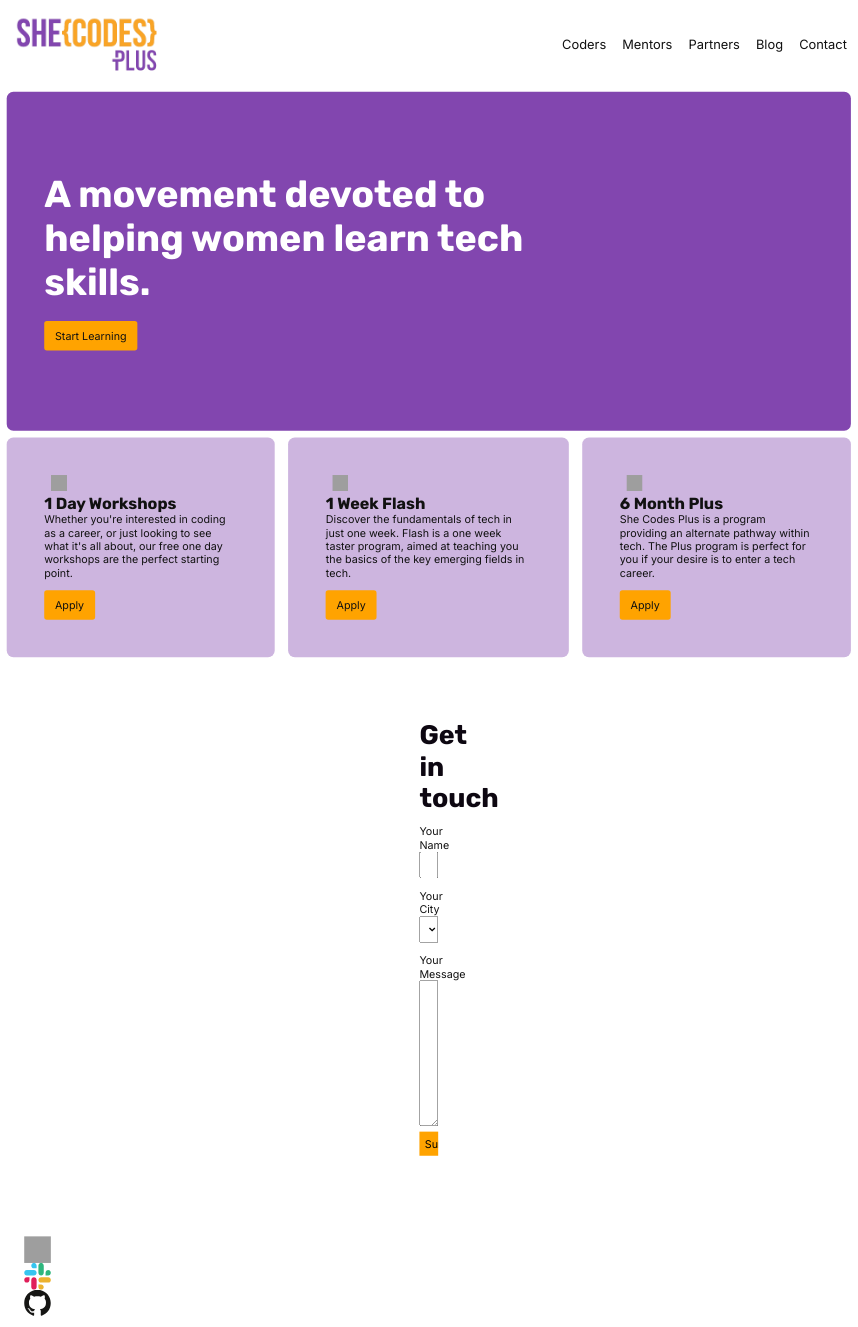
Repository: devashrisamani/website_shecodes_week1
Page: index.html
These files come from the project's save history. The page is drawn as it stood at one moment and after the next save; the edit follows.
The browser window is 1280 px wide. The pictures show the whole page, at 67% of full size.
Pictures or frames that could not be fetched are drawn as grey boxes.

Above is the page before, as saved 2025-09-20 12:08:14.

### index.html
<!DOCTYPE html>
<html lang="en">
  <head>
    <meta charset="UTF-8" />
    <meta name="viewport" content="width=device-width, initial-scale=1.0" />
    <title>Document</title>
    <link rel="stylesheet" href="style.css" />
  </head>

  <body>
    <header>
      <div class="mobile-header">
        <img src="./img/logo.png" alt="The She Codes Logo" class="logo" />
        <button type="button" class="hamburger-button">
          <img
            class="hamburger-icon"
            src="./img/hamburger.svg"
            alt="Three horizontal lines, positioned one above the other."
          />
        </button>
      </div>
      <nav class="desktop-nav" aria-label="Primary">
        <ul>
          <li>
            <a href="">Coders</a>
          </li>
          <li>
            <a href="">Mentors</a>
          </li>
          <li>
            <a href="">Partners</a>
          </li>
          <li>
            <a href="">Blog</a>
          </li>
          <li>
            <a href="">Contact</a>
          </li>
        </ul>
      </nav>
      <nav class="mobile-nav display-none" aria-label="Primary">
        <ul>
          <li>
            <a href="">Coders</a>
          </li>
          <li>
            <a href="">Mentors</a>
          </li>
          <li>
            <a href="">Partners</a>
          </li>
          <li>
            <a href="">Blog</a>
          </li>
          <li>
            <a href="">Contact</a>
          </li>
        </ul>
      </nav>
    </header>
    <section class="hero">
      <h1>A movement devoted to helping women learn tech skills.</h1>
      <a href="#" class="btn-primary">Start Learning</a>
    </section>
    <section class="articles-container">
      <article>
        <img
          class="icon"
          src="./img/tools.svg"
          alt="A wrench and a screwdriver, lying crossed over one another diagonally"
        />
        <h2>1 Day Workshops</h2>
        <p>
          Whether you're interested in coding as a career, or just looking to
          see what it's all about, our free one day workshops are the perfect
          starting point.
        </p>
        <a href="#" class="btn-primary">Apply</a>
      </article>
      <article>
        <img
          class="icon"
          src="./img/lightning.svg"
          alt="A jagged lightning bolt, thick at the top and sharp at the bottom"
        />
        <h2>1 Week Flash</h2>
        <p>
          Discover the fundamentals of tech in just one week. Flash is a one
          week taster program, aimed at teaching you the basics of the key
          emerging fields in tech.
        </p>
        <a href="#" class="btn-primary">Apply</a>
      </article>
      <article>
        <img
          class="icon"
          src="./img/plus.svg"
          alt="A plus sign formed by a horizontal line intersecting a vertical line"
        />
        <h2>6 Month Plus</h2>
        <p>
          She Codes Plus is a program providing an alternate pathway within
          tech. The Plus program is perfect for you if your desire is to enter a
          tech career.
        </p>
        <a href="#" class="btn-primary">Apply</a>
      </article>
    </section>
    <section class="contact-form">
      <h2>Get in touch</h2>
      <form>
        <label for="your-name">Your Name</label>
        <input type="text" id="your-name" />
        <label for="city">Your City</label>
        <select name="city-selection" id="city">
          <option value="Brisbane">Brisbane</option>
          <option value="Perth">Perth</option>
          <option value="Moon">The Moon</option>
        </select>
        <label for="message">Your Message</label>
        <textarea name="message-text" id="message" rows="10"></textarea>
        <input type="submit" value="Submit" />
      </form>
    </section>
    <footer>
      <a
        href="https://www.instagram.com/shecodesaus/"
        title="@shecodesaus on Instagram"
      >
        <img
          class="socials-icon"
          src="./img/instagram.svg"
          alt="The Instagram logo: a rounded square camera with a purple-orange gradient filling the lines"
        />
      </a>
      <a
        href="https://join.slack.com/t/shecodesaus/shared_invite/enQtNzQ3ODk1OTQzODc3LTQ2ZWFmNzM0NjE1MjA0NTI3YjJkMWMyYWVjMDU3ZThhODJmMTk4YmRjZGMzZDRhZDBhODQwNzdlYmJhNDg1YjE"
      >
        <img
          class="socials-icon"
          src="./img/slack.svg"
          alt="The Slack logo: a colourful deconstructed hashtag"
        />
      </a>
      <a href="https://github.com/SheCodesAus/">
        <img
          class="socials-icon"
          src="./img/github.svg"
          alt="The Github logo: a black circle with the silhouette of a white cat, with one tentacle arm"
        />
      </a>
    </footer>
  </body>
</html>

### style.css
/* Base HTML Styles */
/* Always style in the increments of 4 for margin, padding and border*/
@import url("https://fonts.googleapis.com/css2?family=Inter&family=Rubik:ital,wght@0,400;0,700;1,400&display=swap");
:root {
  --brand: #8246af;
  --action: #ffa300;
  --white: #ffffff;
  --base-light: #cdb5df;
  --base-dark: #0d0711;
  --black: #111111;
}

/* CSS Reset */

html {
  box-sizing: border-box;
  font-size: 16px; /*1rem = 16px. Also, this is my root font size, which is what 'rem' size is relevant to*/
  font-family: "Inter", sans-serif;
  color: var(--black);
  scroll-behavior: smooth;
}

*,
*:before,
*:after {
  box-sizing: inherit;
}

h1,
h2,
h3,
h4,
h5,
h6 {
  font-family: "Rubik", sans-serif;
}

body,
h1,
h2,
h3,
h4,
h5,
h6,
p,
ol,
ul {
  margin: 0;
  padding: 0;
}

ol,
ul {
  list-style: none;
}

/* Max-width: max width of the image is 100% in whichever container it is */
img {
  max-width: 100%;
  height: auto;
}

input,
button,
textarea,
select {
  font: inherit;
}

/* Utilities */
.display-none {
  display: none;
}

/* Components */

/* btn-primary */
.btn-primary {
  padding: 12px 16px;
  display: inline-block;
  text-decoration: none;
  color: var(--black);
  border-radius: 4px;
  background-color: var(--action);
  transition: all 0.3s ease;
}

.btn-primary:hover {
  box-shadow: 10px 5px 5px rgba(0, 0, 0, 0.2);
  transform: translateY(-4px);
}

.btn-primary:hover {
  box-shadow: 10px 5px 5px rgba(0, 0, 0, 0.2);
  transform: translateY(-4px);
}

/* header */
header .mobile-header {
  padding: 16px;
  display: flex;
  align-items: center;
  justify-content: space-between;
}

header button {
  all: unset;
}

@media (min-width: 768px) {
  header {
    display: flex;
    justify-content: space-between;
    align-items: center;
  }

  header nav ul {
    display: flex;
    gap: 24px;
    margin-right: 16px;
  }

  header .mobile-header .hamburger-icon {
    display: none;
  }
}

/* .logo */
.logo {
  height: 50px;
}

@media (min-width: 768px) {
  .logo {
    height: 100px;
  }
}

/* .mobile-nav */
.mobile-nav a {
  text-decoration: none;
  color: var(--black);
  display: block;
  padding: 4px 16px;
}

/* .desktop-nav */
.desktop-nav {
  display: none;
}

/* Desktop nav media query */
@media (min-width: 768px) {
  .desktop-nav a {
    text-decoration: none;
    font-size: larger;
    color: var(--black);
  }

  .desktop-nav {
    display: inline-block;
  }
}

/* .hamburger-icon  */
.hamburger-icon {
  height: 50px;
}

/* .hero */
.hero {
  background-color: var(--brand);
  padding: 56px 16px;
  border-radius: 10px;
  margin: 5px 10px;
}

.hero h1 {
  font-size: 2rem;
  margin-bottom: 24px;
  color: var(--white);
}

.hero .hero-accent {
  color: var(--action);
}

/* Hero Media Query */
@media (min-width: 768px) {
  .hero {
    padding: 120px 56px;
  }

  .hero h1 {
    font-size: 3.5rem;
    max-width: 70%;
  }
}

/* .articles-container media query */
@media (min-width: 768px) {
  .articles-container {
    display: flex;
  }
}

/* article */
article {
  padding: 32px 16px;
  background-color: var(--base-light);
  border-radius: 10px;
  margin: 5px 10px;
  transition: all 0.3s ease;
}

@media (min-width: 768px) {
  article {
    padding: 56px;
  }
}

article:hover {
  filter: contrast(150%);
}

article .article-heading {
  display: flex;
  justify-content: flex-start;
}

article .icon {
  height: 24px;
  width: 24px;
  margin-left: 10px;
  margin-right: 10px;
}

article .article-heading h2 {
  margin-bottom: 16px;
  color: var(--base-dark);
}

article p {
  margin-bottom: 16px;
}

/* Contact Form */
.contact-form {
  padding: 48px 16px;
  border-radius: 10px;
  margin: 5px 10px;
}

.contact-form input,
.contact-form select {
  display: block;
  width: 100%;
  padding: 8px;
  margin-bottom: 16px;
}

.contact-form textarea {
  display: block;
  width: 100%;
  padding: 8px;
}

.contact-form label {
  display: block;
  width: 100%;
}

.contact-form h2 {
  color: var(--base-dark);
  margin-bottom: 16px;
}

.contact-form input[type="submit"] {
  background-color: var(--action);
  border: 0;
  margin-top: 8px;
  cursor: pointer;
}

@media (min-width: 768px) {
  .contact-form h2 {
    text-align: center;
    font-size: 2.5rem;
  }

  .contact-form {
    max-width: 60px;
    margin: 40px auto;
  }
}

/* footer */
footer {
  padding: 16px;
  text-align: center;
}

.socials-icon {
  width: 40px;
  height: 40px;
  display: flex;
  justify-content: space-around;
}

@media (min-width: 768px) {
  footer {
    justify-content: center;
  }

  footer .socials-icon {
    margin-left: 20px;
    margin-right: 20px;
  }
}

After the next save:
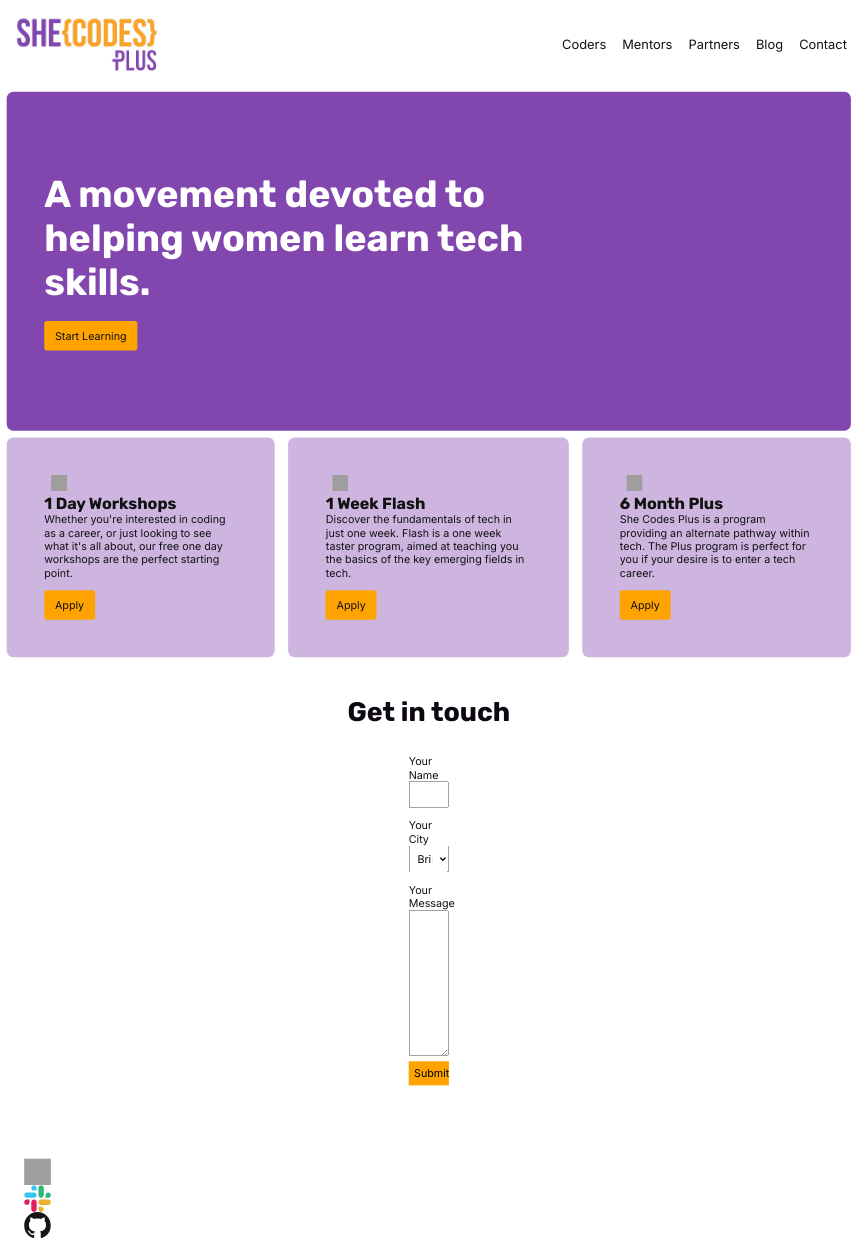
Saved 40 s later.
--- a/style.css
+++ b/style.css
@@ -288,7 +288,7 @@
     font-size: 2.5rem;
   }
 
-  .contact-form {
+  .contact-form form {
     max-width: 60px;
     margin: 40px auto;
   }
